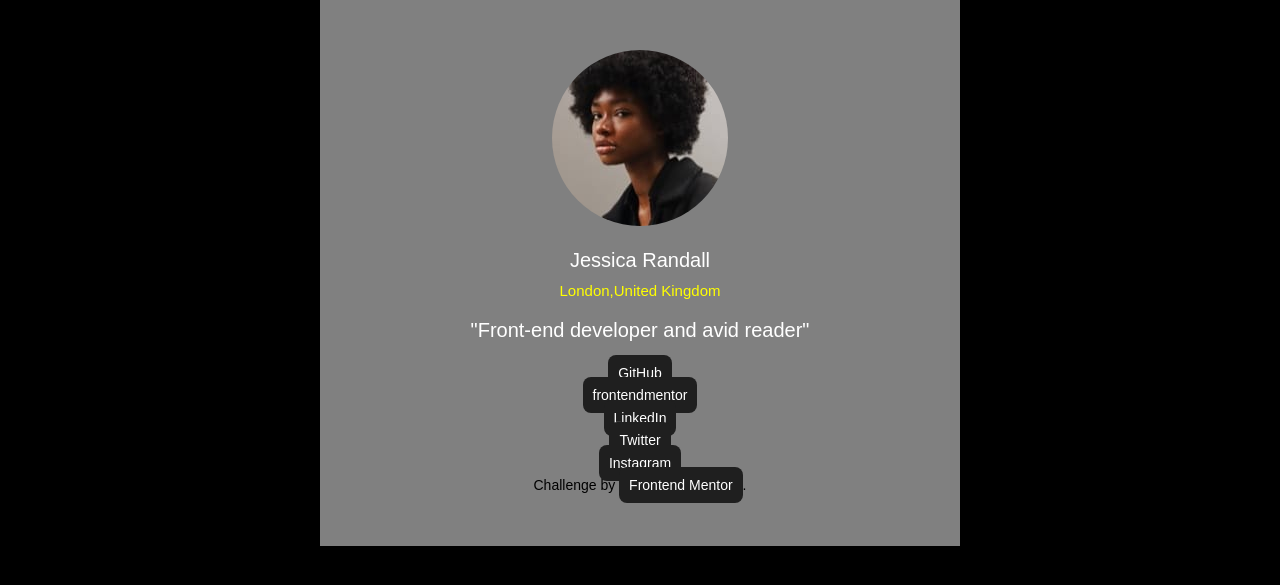
Repository: JosephAbatan05/Social-links-profile
Page: social-links-profile-main/index.html
These files come from the project's save history. The page is drawn as it stood at one moment and after a run of saves; the edit follows.
The browser window is 1280 px wide. The pictures show the whole page.

Above is the page before, as saved 2025-01-26 16:16:01.

### social-links-profile-main/index.html
<!DOCTYPE html>
<html lang="en">
<head>
  <meta charset="UTF-8">
  <meta name="viewport" content="width=device-width, initial-scale=1.0"> <!-- displays site properly based on user's device -->

  <link rel="icon" type="image/png" sizes="32x32" href="./assets/images/favicon-32x32.png">

  <title>Frontend Mentor | Social links profile</title>
<link rel="stylesheet" href="styles.css">

  <!-- Feel free to remove these styles or customise in your own stylesheet 👍 --<style>
    .attribution { font-size: 11px; text-align: center; }
    .attribution a { color: hsl(228, 45%, 44%); }
  </style>
</head>
<body>

  Jessica Randall
  London, United Kingdom
  "Front-end developer and avid reader."

  GitHub
  Frontend Mentor
  LinkedIn
  Twitter
  Instagram


-->

<div class="container">
  <img src="assets\images\avatar-jessica.jpeg" >

<div id="name">Jessica Randall</div>
<div class="description">London,United Kingdom</div>
<div class="about">"Front-end developer and avid reader"</div>
<div id="fa-links-container">
  <a href="https://github.com" >GitHub</a>



    <div><a href="https://frontendmentor.com" >frontendmentor</a>




    <div><a href="https://Linkeldn.com" >LinkedIn</a></div>




    <div><a href="https://Twitter.com" >Twitter</a></div>




    <div><a href="https://Instagram.com" >Instagram</a></div>









</div>


</div>
<div class="attribution">
  Challenge by <a href="https://www.frontendmentor.io?ref=challenge" target="_blank">Frontend Mentor</a>.
</div>

</body>
</html>

### social-links-profile-main/styles.css
body{
    margin:0;
    padding:0;
    box-sizing: border-box;
    background-color: black;
    font-family: sans-serif;
}
.container{
    text-align: center;
    margin: 0 auto;
    font-size:14px;
    background-color: grey;
    max-width: 50%;
    padding: 50px 0;
}
img{
    border-radius:50%;


}
.container #name{
    color:white;
    margin-top: 20px;
    font-size:20px;
}

.container .description{
    color:yellow;
    margin-top: 10px;
    font-size: 15px;
}
.container .about{
    margin-top:20px;
    color:white;
    font-size: 20px;
    margin-bottom: 20px;
}

.fa-links-container{
    margin-top:20px;
    padding:20px;
    text-align: center;

}


a{
    border: none;
    text-decoration: none;
    padding:10px;
    color: white;
    line-height: 1.6;
    border-radius: 8px;
    background-color: hsl(0, 0%, 12%);
}


.attribution{
    text-align:center;
    text-decoration: none;
}

After the next 3 saves:
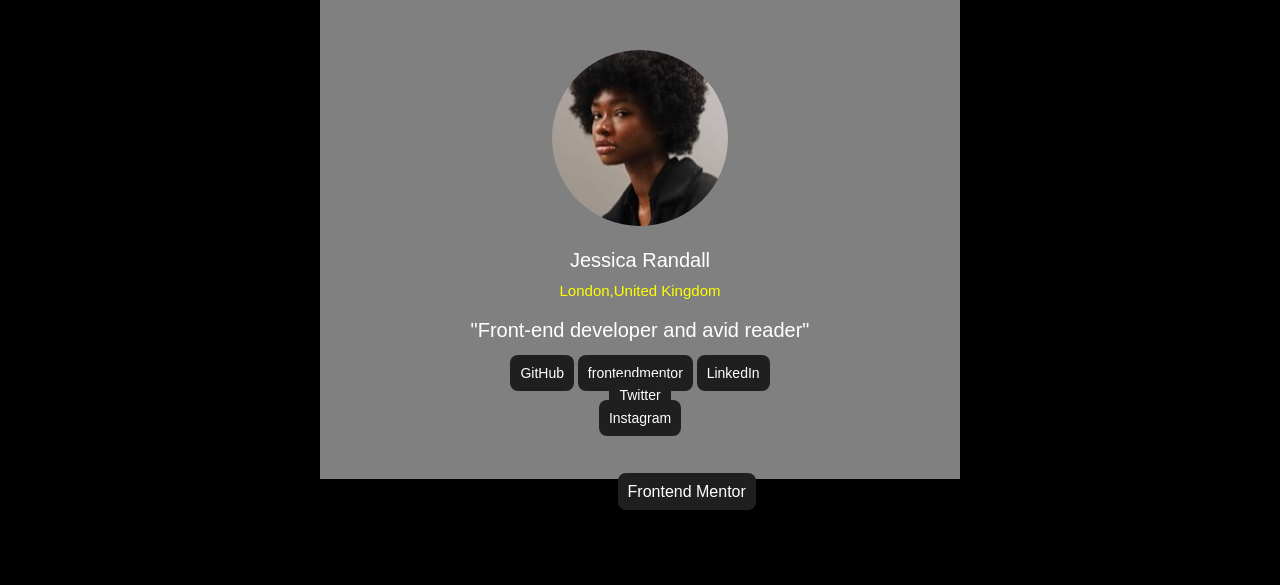
The 3 saves are shown as one change because they came seconds apart.
The last was saved 10 s later.
--- a/social-links-profile-main/index.html
+++ b/social-links-profile-main/index.html
@@ -40,12 +40,12 @@
 
 
 
-    <div><a href="https://frontendmentor.com" >frontendmentor</a>
+    <a href="https://frontendmentor.com" >frontendmentor</a>
 
 
 
 
-    <div><a href="https://Linkeldn.com" >LinkedIn</a></div>
+    <a href="https://Linkeldn.com" >LinkedIn</a>
 
 
 
